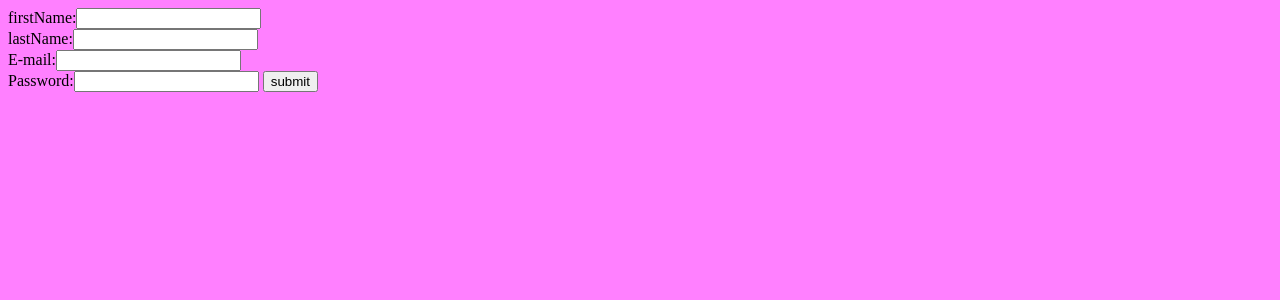
Repository: shruthik537/aemclass
Page: firstweb/src/main/webapp/index.html
These files come from the project's save history. The page is drawn as it stood at one moment and after the next save; the edit follows.
The browser window is 1280 px wide. The pictures show the whole page.
Some web libraries are served in a nearby version.

Above is the page before, as saved 2021-09-23 07:15:39.

After the next save:
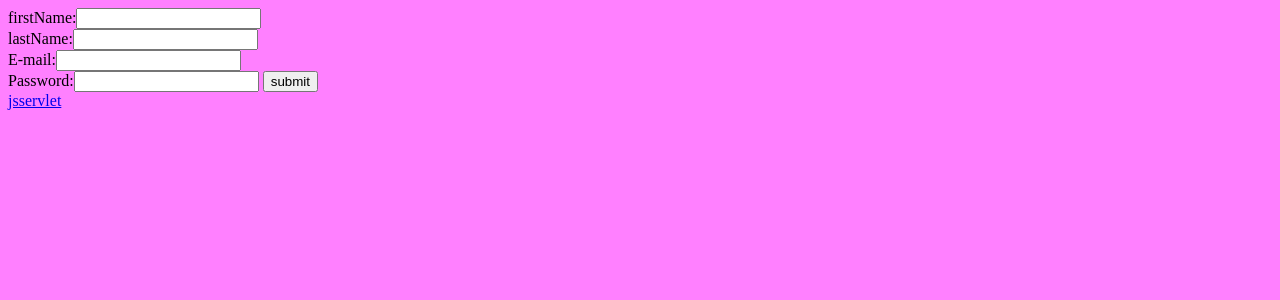
Saved 2 min 38 s later.
--- a/firstweb/src/main/webapp/index.html
+++ b/firstweb/src/main/webapp/index.html
@@ -47,6 +47,6 @@ E-mail:<input type="text" name="email" id="email"/><br/>
 Password:<input type="text" name="pwd" id="pwd"/>
 <input type="submit" value="submit" id="submit"/>
 </form>
-
+<a href="jsservlet">jsservlet</a>
 </body>
 </html>
